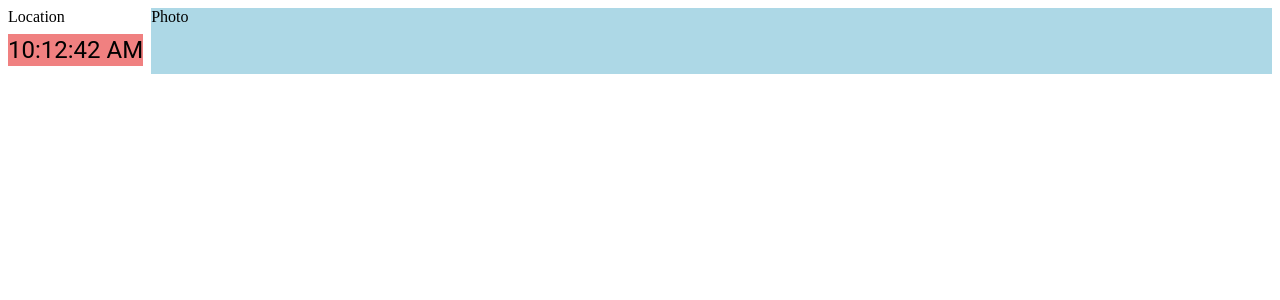
Repository: songvi/meteo
Page: /
These files come from the project's save history. The page is drawn as it stood at one moment and after a run of saves; the edit follows.
The browser window is 1280 px wide. The pictures show the whole page.
The project was rebuilt for these pictures with package versions that can differ from the ones it lists, and the page was loaded fresh each time. Also part of the build but not shown: src/App.css.

Above is the page before, as saved 2023-04-02 23:29:38.

### src/App.tsx
import React from 'react';
import logo from './logo.svg';
import './App.css';
import Navbar from './app/Navbar';

function App() {
  return (
    <Navbar />
  );
}

export default App;

### src/app/Navbar.tsx
import { Box, Stack } from '@mui/material'
import Meteo from '../features/meteo/Meteo'
import Photo from '../features/media/Photo'
import Datetime from '../features/datetime/Datetime'
import Location from '../features/location/Location'

const Navbar = () => {
    return (
        <Box>
            <Stack direction={'row'} spacing={1}>
                <Stack spacing={1} direction={'column'} justifyContent={'center'}>
                    <Location />
                    <Datetime />
                    <Meteo />
                </Stack>
                <Photo />
            </Stack>
        </Box>
    )
}

export default Navbar

### src/features/meteo/Meteo.tsx
import { Box } from '@mui/material';
import React from 'react';

const Meteo = () => {
  return (
    <Box justifyContent={'center'} bgcolor={'lightsalmon'}>


    </Box>
  )
}

export default Meteo

### src/features/media/Photo.tsx
import { Box } from '@mui/material'
import React from 'react'

const Photo = () => {
  return (
    <Box flex={4}  sx={{ backgroundColor: 'lightblue' }}>Photo</Box>
  )
}

export default Photo

### src/features/datetime/Datetime.tsx
import Clock from 'react-clock'
import { Box, Typography } from '@mui/material'
import { useEffect } from 'react';
import { useState } from 'react';

const Datetime = () => {
    const [value, setValue] = useState(new Date());

    useEffect(() => {
        const interval = setInterval(() => setValue(new Date()), 1000)

        return () => { clearInterval(interval); }
    }, [])

    return (
        <Box flex={2} alignContent={'center'} justifyContent={'center'} bgcolor={'lightcoral'}>
            <Typography variant='h5'>{value ? value.toLocaleTimeString() : ""}</Typography>
        </Box>
    )
}

export default Datetime

### src/features/meteo/Current.tsx
import React from 'react'

const Current = () => {
  return (
    <div>Current</div>
  )
}

export default Current

Loaded but not shown: public/index.html (common file); src/index.tsx (common file); src/features/location/Location.tsx (common file)

After the next 4 saves:
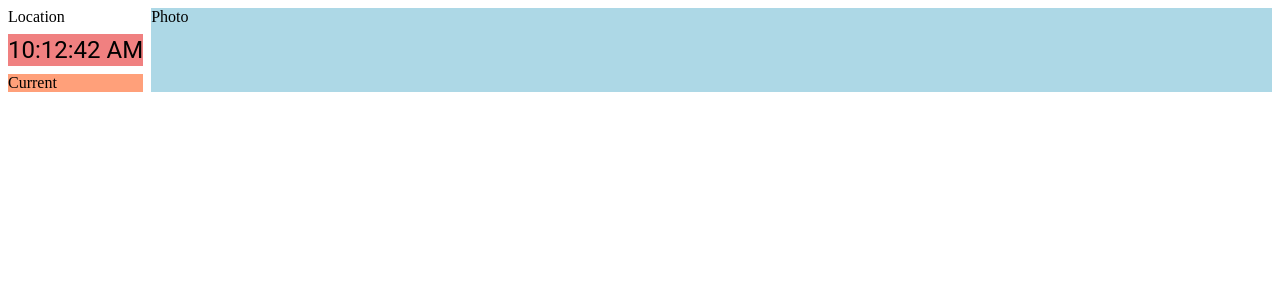
The 4 saves are shown as one change because 2 did not build or start and some came seconds apart.
The last was saved 23 s later.
--- a/src/features/meteo/Meteo.tsx
+++ b/src/features/meteo/Meteo.tsx
@@ -1,10 +1,11 @@
 import { Box } from '@mui/material';
 import React from 'react';
+import Current from './Current';
 
 const Meteo = () => {
   return (
     <Box justifyContent={'center'} bgcolor={'lightsalmon'}>
-
+      <Current />
 
     </Box>
   )
--- a/src/features/meteo/Current.tsx
+++ b/src/features/meteo/Current.tsx
@@ -1,9 +1,9 @@
 import React from 'react'
 
 const Current = () => {
-  return (
-    <div>Current</div>
-  )
+    return (
+        <div>Current</div>
+    )
 }
 
 export default Current
